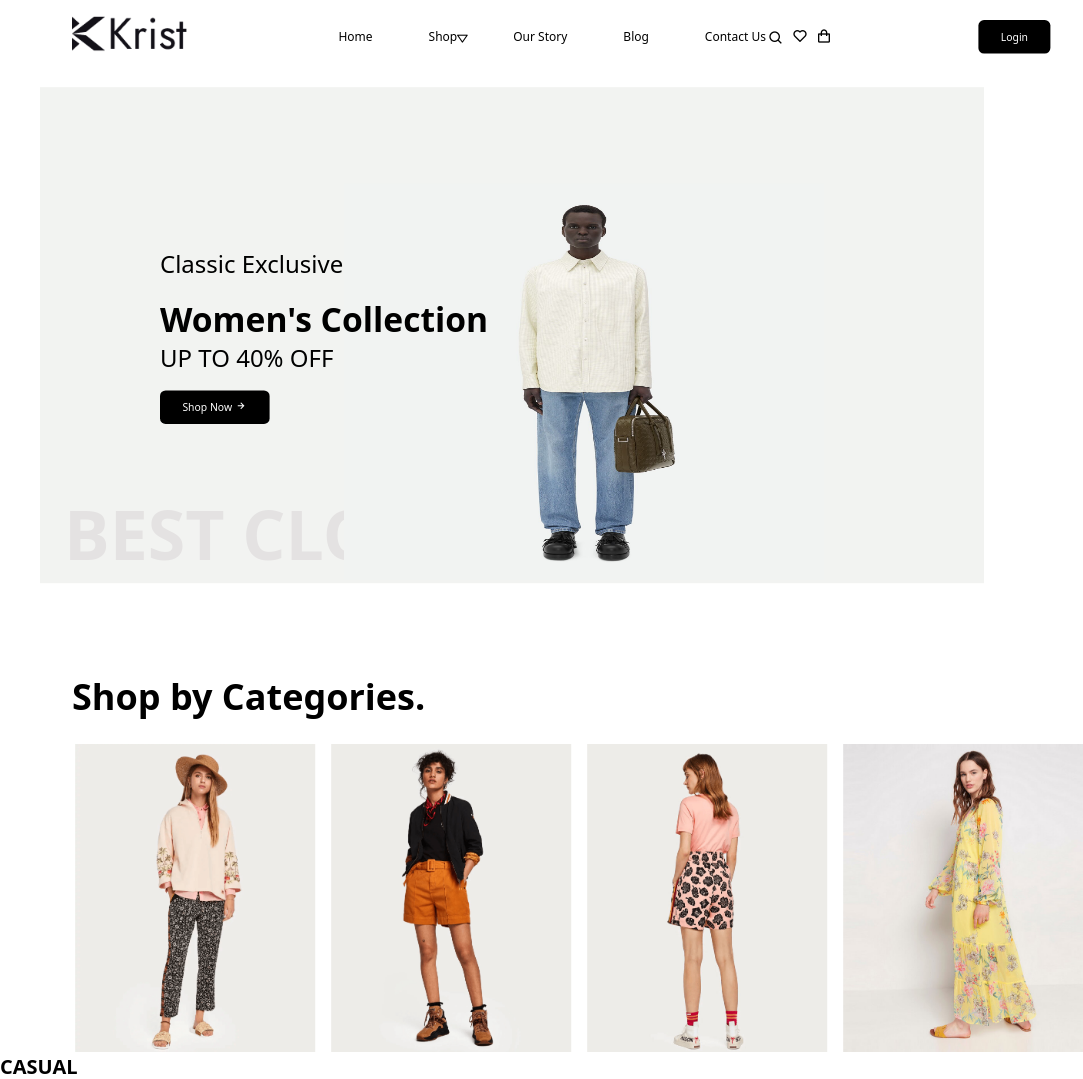
Repository: isaacCodes1/Krist-Website
Page: index.html
The author's editor kept a copy of each file at every save. The page is drawn from the files as they stood at one save, then again after a run of saves.
The browser window is 1280 px wide. The page is 1354 px wide, so the pictures cover 1354 px, including what lies to the right of the window. The pictures show the whole page, at 80% of full size.

Above is the page before, as saved 2024-04-01 10:50:40.

### index.html
<!DOCTYPE html>
<html lang="en">
  <head>
    <meta charset="UTF-8" />
    <meta name="viewport" content="width=device-width, initial-scale=1.0" />
    <link rel="stylesheet" href="style.css" />
    <link
      rel="stylesheet"
      href="https://unpkg.com/boxicons@latest/css/boxicons.min.css"
    />
    <title>Krist Website.</title>
  </head>
  <body>
    <header>
      <nav>
        <div class="navBar">
          <a href="index.html"><img src="/Assets/Group 56.png" alt="" /></a>
          <div class="logoItems">
            <ul>
              <li>Home</li>
              <li class="shop">Shop</li>
              <li>Our Story</li>
              <li>Blog</li>
              <li class="contact">Contact Us</li>
            </ul>
            <button class="login"><a href="Login.html">Login</a></button>
          </div>
          <div class="icons">
            <i class="bx bx-down-arrow"></i>
            <i class="bx bx-search"></i>
            <i class="bx bx-heart"></i>
            <i class="bx bx-shopping-bag"></i>
          </div>
        </div>
      </nav>
    </header>
    <section>
      <div class="landingPage">
        <h2>BEST CLOTHES</h2>
        <img src="/Assets/bot2.jpg" alt="" />
        <div class="landingPageText">
          <p class="classic">Classic Exclusive</p>
          <h1>Women's Collection</h1>
          <p>UP TO 40% OFF</p>
          <button>
            <a href="shop.html"
              >Shop Now <i class="bx bx-right-arrow-alt"></i
            ></a>
          </button>
        </div>
      </div>
    </section>
    <section class="cards">
      <div class="cardstext">
        <h1>Shop by Categories.</h1>
      </div>
      <div class="cardsImg">
        <img src="/Assets/1.jpg" alt="" />
        <img src="/Assets/2.jpg" alt="" />
        <img src="/Assets/3.jpg" alt="" />
        <img src="/Assets/4.jpg" alt="" />
      </div>
      <h1 class="a1">
        CASUAL
      </h1>
    </section>
  </body>
</html>

### style.css
* {
  margin: 0;
  padding: 0;
  box-sizing: border-box;
  font-family: system-ui, -apple-system, BlinkMacSystemFont, "Segoe UI", Roboto,
    Oxygen, Ubuntu, Cantarell, "Open Sans", "Helvetica Neue", sans-serif;
}
.navBar {
  display: flex;
  align-items: center;
  margin-bottom: 40px;
  position: relative;
}
.navBar img {
  margin-left: 90px;
  padding-top: 20px;
  padding-right: 190px;
}
.logoItems ul {
  display: flex;
  list-style: none;
  padding-top: 20px;
  gap: 70px;
}
.logoItems ul li {
  font-size: 15px;
}
.logoItems ul li:hover {
  transform: scale(1.05);
  font-weight: 700;
}
.shop {
  position: relative;
}
.bx-down-arrow {
  position: absolute;
  left: 570px;
}
.contact {
  position: relative;
}
.bx-search {
  position: absolute;
  right: 300px;
  top: 37px;
  font-size: 20px;
}
.bx-heart {
  position: absolute;
  right: 270px;
  top: 35px;
  font-size: 20px;
}
.bx-shopping-bag {
  position: absolute;
  right: 240px;
  top: 35px;
  font-size: 20px;
}
.bx-down-arrow {
  position: absolute;
  left: 570px;
  top: 40px;
}
.bx-right-arrow-alt {
  font-size: 15px;
}
.landingPage {
  display: flex;
  flex-direction: column;
  background: rgb(242, 243, 241);
  border-radius: 5 px;
  height: 620px;
  margin-bottom: 50px;
  margin-left: 50px;
  margin-right: 50px;
  position: relative;
}

.landingPageText {
  margin-top: 200px;
  margin-left: 150px;
  position: relative;
}
.landingPageText h1 {
  font-size: 42px;
  font-weight: 900;
}
.landingPage h2 {
  font-size: 85px;
  position: absolute;
  top: 500px;
  left: 30px;
  color: #e4e2e2;
}
.classic {
  font-size: 30px;
  font-weight: 500;
  margin-bottom: 10px;
}
.landingPageText p {
  font-size: 30px;
  font-weight: 400;
  margin-bottom: 20px;
}
button {
  padding: 12px 28px;
  background: #000;
  border: 1px;
  border-radius: 7px;
  transition: all 0.42s ease;
}
button a {
  text-decoration: none;
  font-size: 13px;
  color: #fff;
}
button:hover {
  color: #000;
  background: grey;
}
.landingPage img {
  width: 600px;
  position: absolute;
  top: 120px;
  right: 200px;
  background: transparent;
  height: 80%;
}
.login {
  padding: 12px 28px;
  background: #000;
  border: 1px;
  border-radius: 7px;
  margin-left: 800px;
  position: absolute;
  top: 25px;
}
.login a {
  text-decoration: none;
  font-size: 13px;
  color: #fff;
}
.cardstext {
  font-size: 30px;
  margin-left: 90px;
  padding-top: 60px;
  padding-bottom: 30px;
}
.cardsImg {
  display: flex;
  margin-left: 74px;
}
.cardsImg img {
  width: 300px;
  margin-left: 20px;
}
.a1 {
  font-size: 25px;
}

After the next 4 saves:
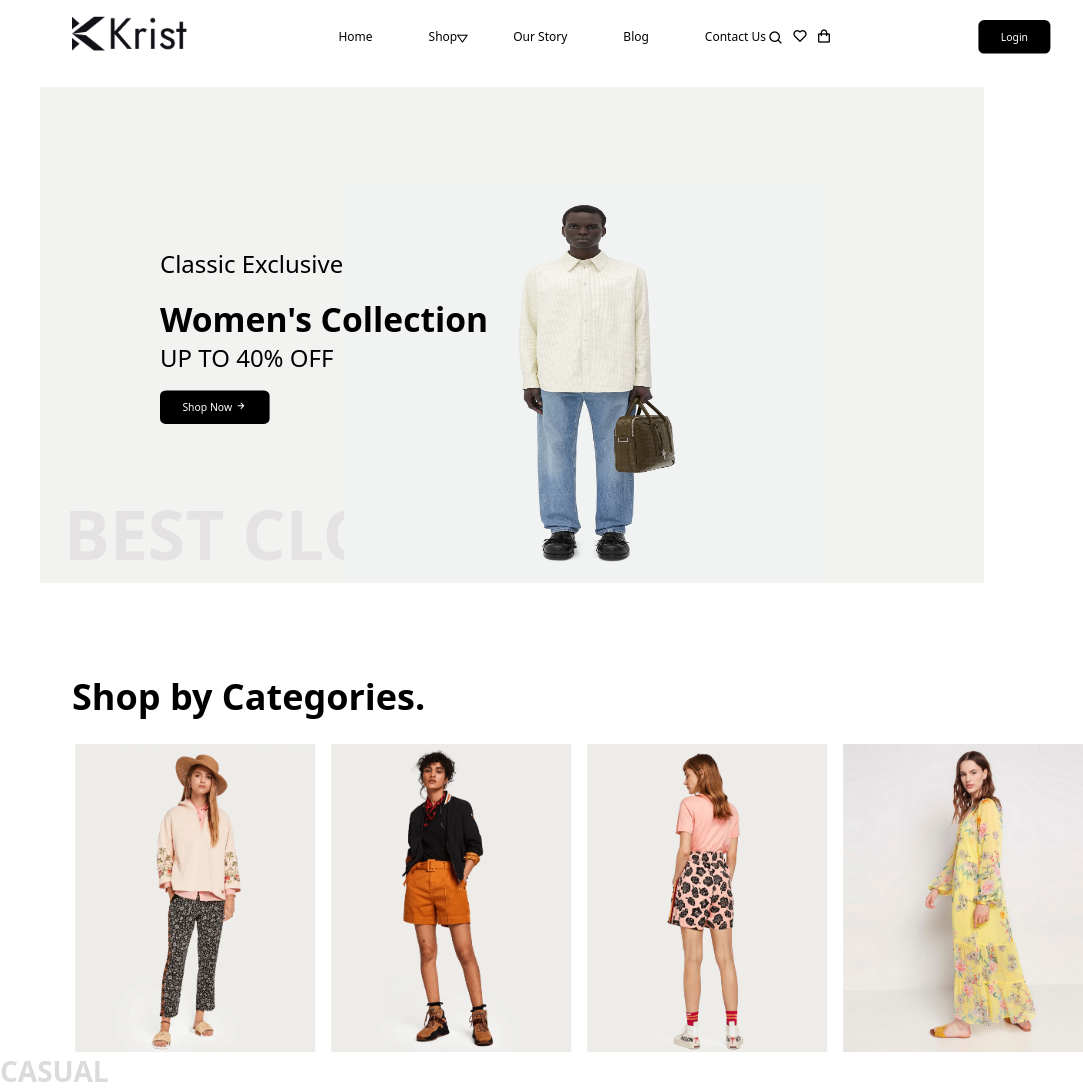
The 4 saves are shown as one change because they came seconds apart.
The last was saved 14 s later.
--- a/style.css
+++ b/style.css
@@ -156,5 +156,6 @@ button:hover {
   margin-left: 20px;
 }
 .a1 {
-  font-size: 25px;
+  font-size: 35px;
+  color: #dbdbdb;
 }
